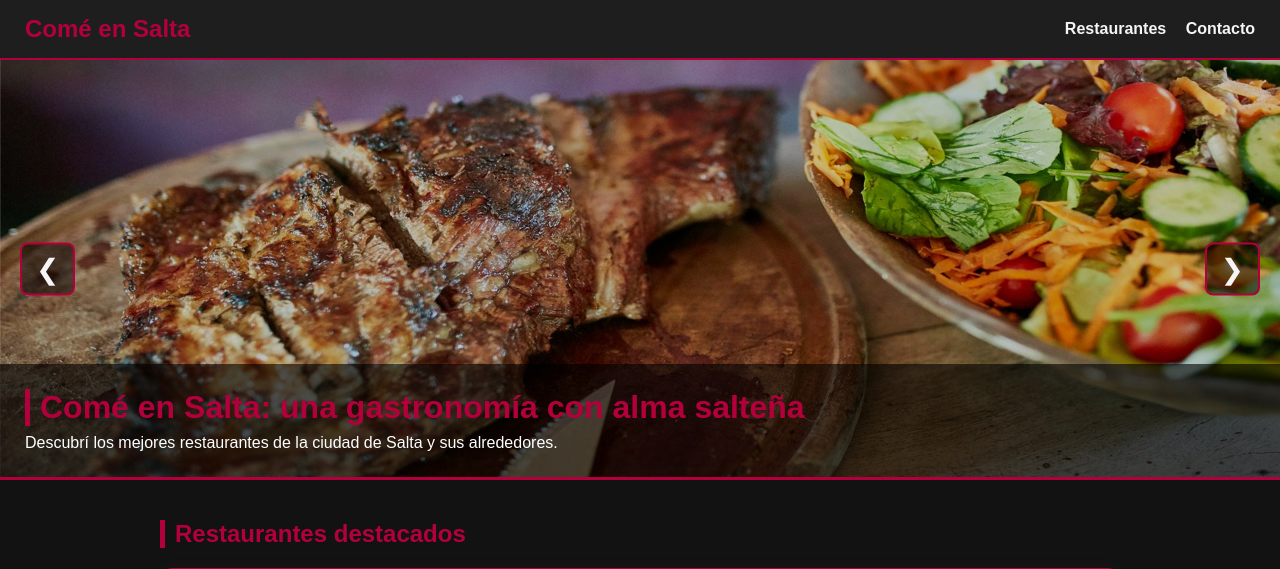
Repository: nahir95/come-en-salta
Page: index.html
An editor plug-in stored every save of this project. The page is shown before and after the next save, followed by the edit.
The browser window is 1280 px wide. The pictures show the part of the page from y = 0 to 569 px (the page is 1631 px tall).
Pictures or frames that could not be fetched are drawn as grey boxes.

Above is the page before, as saved 2025-11-11 09:09:54.

### index.html
<!doctype html>
<html lang="es">
<head>
  <meta charset="utf-8" />
  <meta name="viewport" content="width=device-width, initial-scale=1" />
  <title>Comé en Salta: una gastronomía con alma salteña</title>
  <link rel="stylesheet" href="style.css">
</head>

<body>
  <header>
    <h1>Comé en Salta</h1>
    <nav>
      <a href="#restaurantes">Restaurantes</a>
      <a href="#contacto">Contacto</a>
    </nav>
  </header>

  <!-- Carrusel -->
  <section class="hero">
  <div class="carousel-container">
    <div class="carousel" id="carousel">
      <img src="imagenes/carrusel-1.jpg" alt="Empanadas salteñas">
      <img src="imagenes/carrusel-2.jpg" alt="Locro salteño">
      <img src="imagenes/carrusel-3.jpg" alt="Comida regional salteña">
    </div>

    <button id="prev" class="btn-carrusel">❮</button>
    <button id="next" class="btn-carrusel">❯</button>

    <div class="overlay">
      <h2>Comé en Salta: una gastronomía con alma salteña</h2>
      <p>Descubrí los mejores restaurantes de la ciudad de Salta y sus alrededores.</p>
    </div>
  </div>
</section>
  <main>
    <section id="restaurantes">
      <h2>Restaurantes destacados</h2>

      <div class="card">
        <img src="https://images.unsplash.com/photo-1613145993481-91a63487b9f2?w=1200" alt="Peña folclórica">
        <div class="card-content">
          <h3>La Peña del Folklore</h3>
          <p>Ubicada en la calle Balcarce, ofrece música tradicional, empanadas y vinos salteños.</p>
        </div>
      </div>

      <div class="card">
        <img src="https://images.unsplash.com/photo-1540189549336-e6e99c3679fe?w=1200" alt="Restaurante regional">
        <div class="card-content">
          <h3>Adobe Cocina Regional</h3>
          <p>Platos típicos del norte argentino en un ambiente acogedor.</p>
        </div>
      </div>

      <div class="card">
        <img src="https://images.unsplash.com/photo-1576618148400-f54bed99fcfd?w=1200" alt="Cafetería en Salta">
        <div class="card-content">
          <h3>Cafetería La Esquina</h3>
          <p>Deliciosos postres, café de altura y un ambiente tranquilo en zona norte.</p>
        </div>
      </div>
    </section>
  </main>

  <footer>
    Creado con ❤️ por Comé en Salta · 2025
  </footer>

 <script>
  const carousel = document.getElementById('carousel');
  const slides = carousel.querySelectorAll('img');
  let index = 0;

  function showSlide(i) {
    index = (i + slides.length) % slides.length;
    carousel.style.transform = `translateX(-${index * 100}%)`;
  }

  document.getElementById('next').addEventListener('click', () => showSlide(index + 1));
  document.getElementById('prev').addEventListener('click', () => showSlide(index - 1));

  // Cambio automático cada 4 segundos
  setInterval(() => showSlide(index + 1), 4000);
</script>
</body>
</html>

### style.css
/* ====== ESTILO GENERAL ====== */
* {
  box-sizing: border-box;
  margin: 0;
  padding: 0;
}

body {
  font-family: "Poppins", Arial, sans-serif;
  background: #121212; /* negro profundo */
  color: #f5f5f5;
}

h1, h2, h3 {
  color: #b3003c; /* bordó principal */
}

/* ====== HEADER ====== */
header {
  position: sticky;
  top: 0;
  background: #1e1e1e;
  border-bottom: 2px solid #b3003c;
  padding: 15px 25px;
  display: flex;
  justify-content: space-between;
  align-items: center;
  z-index: 100;
}

header h1 {
  font-size: 1.5rem;
  color: #b3003c;
}

nav a {
  margin-left: 15px;
  text-decoration: none;
  color: #f5f5f5;
  font-weight: 600;
  transition: color 0.3s;
}

nav a:hover {
  color: #b3003c;
}

/* ====== HERO / CARRUSEL ====== */
.carousel-container {
  position: relative;
  overflow: hidden;
  width: 100%;
  height: 420px;
  border-bottom: 3px solid #b3003c;
}

.carousel {
  display: flex;
  transition: transform 1s ease;
  width: 100%;
  height: 100%;
}

.carousel img {
  flex: 0 0 100%;
  width: 100%;
  height: 100%;
  object-fit: cover;
  filter: brightness(0.8);
}

.btn-carrusel {
  position: absolute;
  top: 50%;
  transform: translateY(-50%);
  background: rgba(0, 0, 0, 0.5);
  color: #f5f5f5;
  border: 2px solid #b3003c;
  font-size: 28px;
  padding: 8px 14px;
  cursor: pointer;
  border-radius: 8px;
  transition: all 0.3s ease;
}

.btn-carrusel:hover {
  background: #b3003c;
  color: white;
}

#prev { left: 20px; }
#next { right: 20px; }

.overlay {
  position: absolute;
  bottom: 0;
  left: 0;
  right: 0;
  background: rgba(0, 0, 0, 0.6);
  color: white;
  padding: 25px;
  text-align: left;
}

.overlay h2 {
  color: #b3003c;
  font-size: 2rem;
  margin-bottom: 8px;
}

/* ====== MAIN ====== */
main {
  max-width: 1000px;
  margin: 40px auto;
  padding: 0 20px;
}

h2 {
  border-left: 5px solid #b3003c;
  padding-left: 10px;
  margin-bottom: 20px;
}

/* ====== TARJETAS ====== */
.card {
  background: #1e1e1e;
  border-radius: 12px;
  border: 1px solid #b3003c;
  box-shadow: 0 4px 15px rgba(179, 0, 60, 0.2);
  overflow: hidden;
  margin-bottom: 25px;
  transition: transform 0.3s ease, box-shadow 0.3s ease;
}

.card:hover {
  transform: translateY(-5px);
  box-shadow: 0 6px 18px rgba(179, 0, 60, 0.35);
}

.card img {
  width: 100%;
  height: 220px;
  object-fit: cover;
  filter: brightness(0.9);
}

.card-content {
  padding: 15px;
}

.card-content h3 {
  color: #b3003c;
  margin-bottom: 8px;
}

.card-content p {
  color: #ddd;
}

/* ====== FOOTER ====== */
footer {
  text-align: center;
  padding: 20px;
  background: #1e1e1e;
  color: #bbb;
  border-top: 2px solid #b3003c;
  margin-top: 40px;
}

After the next save:
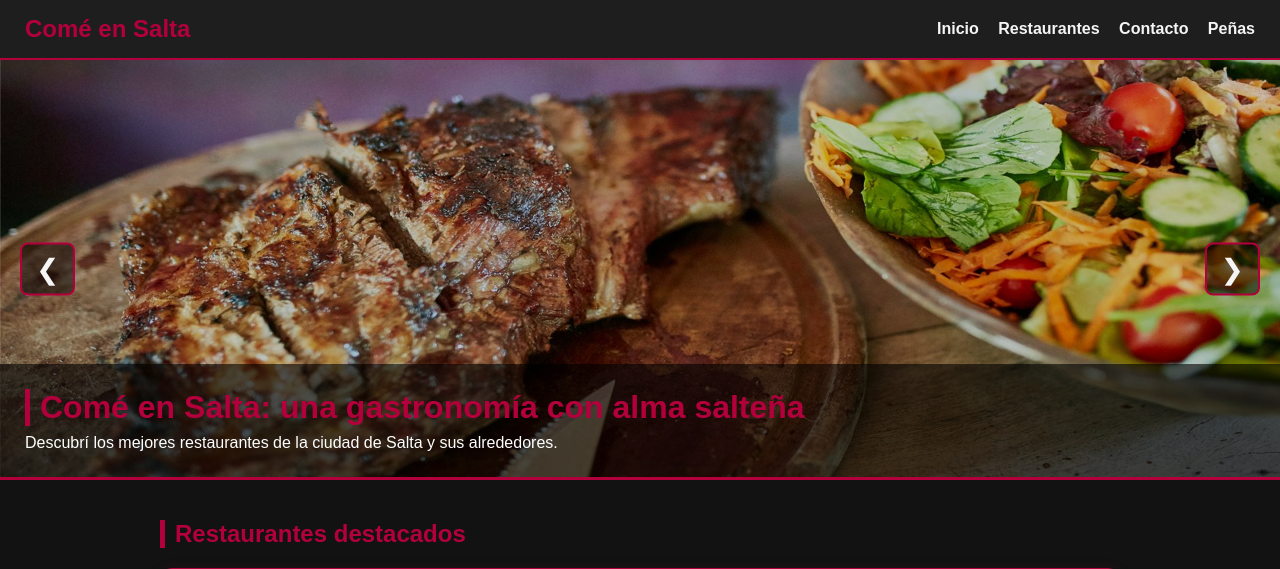
Saved 14 min 59 s later.
--- a/index.html
+++ b/index.html
@@ -11,8 +11,10 @@
   <header>
     <h1>Comé en Salta</h1>
     <nav>
+        <a href="inicio">Inicio</a>
       <a href="#restaurantes">Restaurantes</a>
       <a href="#contacto">Contacto</a>
+      <a href="penas">Peñas</a>
     </nav>
   </header>
 
